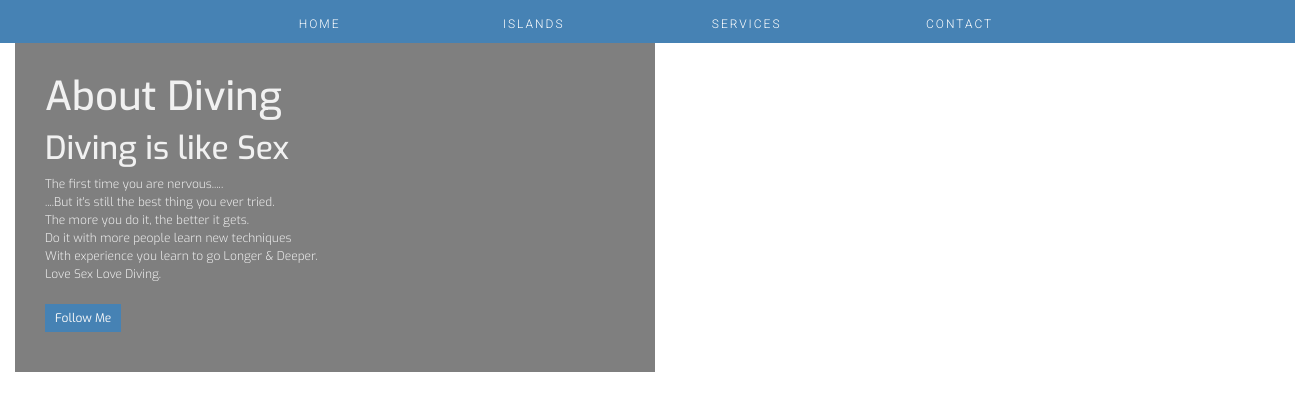
Repository: Code-Institute-Submissions/cathyann-diving.github.io
Page: home.html
The author's editor kept a record of every edit. The page is drawn from the files as they stood at one moment, then again after the next edit.
The browser window is 1280 px wide. The page is 1295 px wide, so the pictures cover 1295 px, including what lies to the right of the window. The pictures show the whole page.

Above is the page before.

After the next edit:
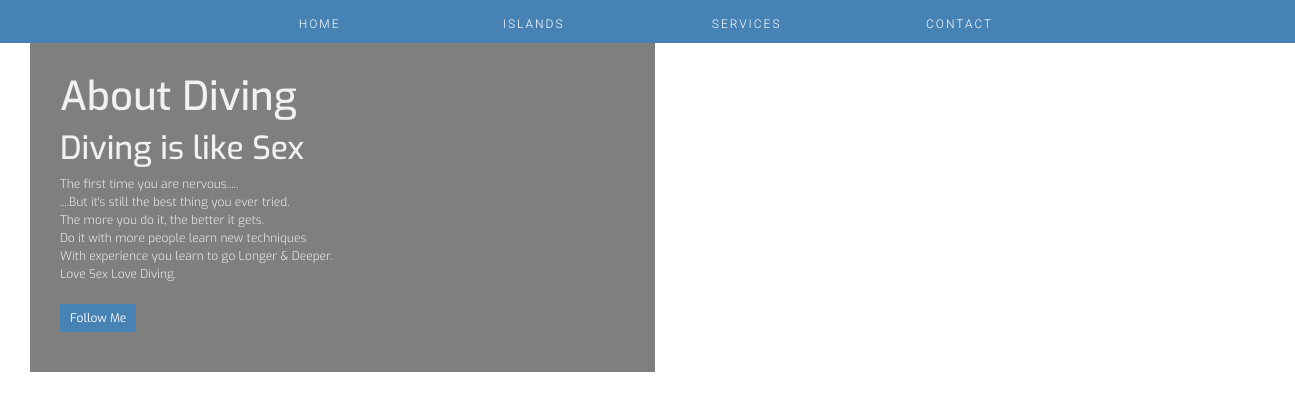
The edit:
--- a/home.html
+++ b/home.html
@@ -35,6 +35,7 @@
             </div>
         </div>
     </div>
+    <div class="col">
     <div class="container bg-home">
         <div class="content col-12 col-sm-6 col-lg-6">
             <h1>About Diving</h1>

After the 2 edits that followed:
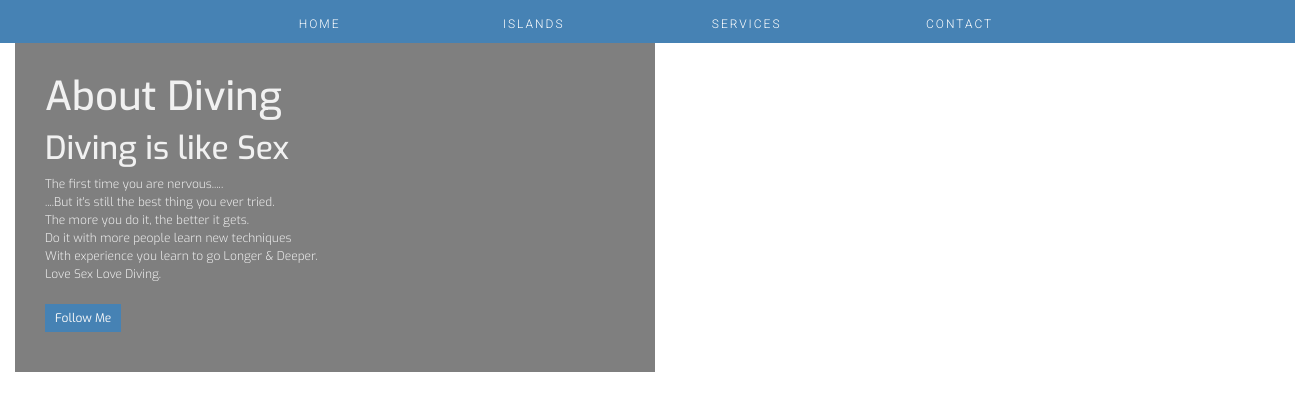
The 2 edits are shown as one change because 1 left the picture as it was.
The edit:
--- a/home.html
+++ b/home.html
@@ -35,7 +35,6 @@
             </div>
         </div>
     </div>
-    <div class="col">
     <div class="container bg-home">
         <div class="content col-12 col-sm-6 col-lg-6">
             <h1>About Diving</h1>
@@ -45,6 +44,7 @@
             <button type="button" class="button">Follow Me</button>
         </div>
     </div>
+    </div>
 </body>
 
 </html>
